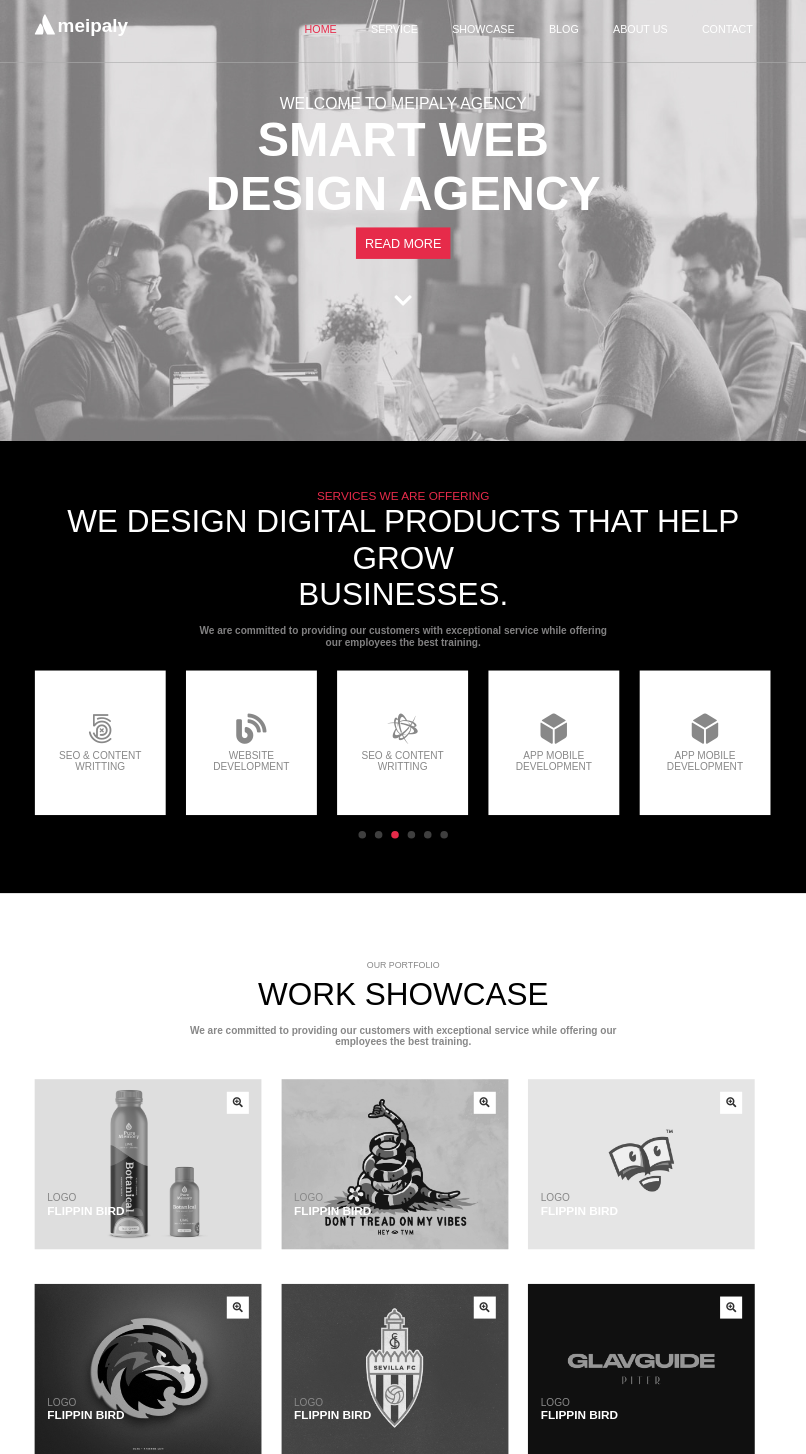
Repository: ToanNguyenThai/Meipaly
Page: index.html
The author's editor kept a copy of each file at every save. The page is drawn from the files as they stood at one save, then again after the next save.
The browser window is 1280 px wide. The pictures show the whole page, at 63% of full size.

Above is the page before, as saved 2021-12-11 01:10:23.

### index.html
<!DOCTYPE html>
<html lang="en">

<head>
    <meta charset="UTF-8">
    <meta http-equiv="X-UA-Compatible" content="IE=edge">
    <meta name="viewport" content="width=device-width, initial-scale=1.0">
    <link rel="stylesheet" href="https://cdnjs.cloudflare.com/ajax/libs/font-awesome/5.15.4/css/all.min.css" />

    <link rel="stylesheet" href="owlcarousel/assets/owl.carousel.min.css">
    <link rel="stylesheet" href="owlcarousel/assets/owl.theme.default.min.css">
    <script src="https://code.jquery.com/jquery-3.6.0.min.js"></script>
    <script src="owlcarousel/owl.carousel.min.js"></script>

    <title>Meipaly</title>
    <link rel="stylesheet" href="/css/style.css">
</head>

<body>
    <header>
        <div class="header__content">
            <div class="header__logo">
                <a href="#">
                    <i class="fab fa-atlassian fa-2x"></i>
                    <span>meipaly</span>
                </a>
            </div>
            <nav>
                <ul>
                    <li class="active">
                        <a href="#">home</a>
                    </li>
                    <li>
                        <a href="#">service</a>
                    </li>
                    <li>
                        <a href="#">showcase</a>
                    </li>
                    <li>
                        <a href="#">blog</a>
                    </li>
                    <li>
                        <a href="#">about us</a>
                    </li>
                    <li>
                        <a href="#">contact</a>
                    </li>
                </ul>
            </nav>
        </div>
    </header>
    <section class="carousel">
        <div class="carousel__content">
            <h3>WELCOME TO MEIPALY AGENCY</h3>
            <h1>SMART WEB</h1>
            <h1>DESIGN AGENCY</h1>
            <div class="btn-area">
                <button>READ MORE</button>
            </div>
            <div class="scroll__arrow">
                <i class="fas fa-chevron-down fa-2x"></i>
            </div>

        </div>

    </section>

    <script>
        $(document).ready(function () {
            $('.owl-carousel').owlCarousel({
                autoplay: true,
                autoplayTimeout: 2000,
                autoplayHoverPause: true,
                loop: true,
                dots: true ,// if you don't want dots, change to false
                dotsEach: true,
                margin: 30,
                responsiveClass: true,
                responsive: {
                    0: {

                        items: 1
                    },
                    1000: {
                        items: 3,
                    },
                    1217: {
                        items: 5
                    }
                }
            })
        });
    </script>

    <section class="service">
        <div class="service__content">
            <h3>SERVICES WE ARE OFFERING</h3>
            <h1>WE DESIGN DIGITAL PRODUCTS THAT HELP GROW <br> BUSINESSES.</h1>
            <p>We are committed to providing our customers with exceptional service while offering <br>
                our employees the best training.</p>
            <div class="service__carousel">
                <div class="owl-carousel owl-theme">
                    <div class="carousel__item">
                        <i class="fa fa-dice-d6 fa-3x"></i>
                        <h3>APP MOBILE <br> DEVELOPMENT</h3>
                    </div>
                    <div class="carousel__item">
                        <i class="fab fa-autoprefixer fa-3x"></i>
                        <h3>DIGITAL<br> MARKETING</h3>
                    </div>
                    <div class="carousel__item">
                        <i class="fab fa-500px fa-3x"></i>
                        <h3>SEO & CONTENT <br> WRITTING</h3>
                    </div>
                    <div class="carousel__item">
                        <i class="fa fa-blog fa-3x"></i>
                        <h3> WEBSITE <br> DEVELOPMENT</h3>
                    </div>
                    <div class="carousel__item">
                        <i class="fab fa-battle-net fa-3x"></i>
                        <h3>SEO & CONTENT <br> WRITTING</h3>
                    </div>
                    <div class="carousel__item">
                        <i class="fa fa-dice-d6 fa-3x"></i>
                        <h3>APP MOBILE <br> DEVELOPMENT</h3>
                    </div>

                </div>

            </div>

        </div>


    </section>

    <section class="portfolio">
        <div class="portfolio__content">
            <h3>our portfolio</h3>
            <h1>work showcase</h1>
            <p>We are committed to providing our customers with exceptional service while offering our <br>
                employees the best training.</p>
            <div class="portfolio__content__img">
                <div class="content__container">
                    <img src="../img/showcase_img_1.webp" alt="">
                    <div class="overlay">
                        <div class="zoom">
                            <a href="">
                                <i class="fas fa-search-plus"></i>
                            </a>
                        </div>
                        <div class="description">
                            <h3>LOGO</h3>
                            <h2>FLIPPIN BIRD</h2>
                        </div>
                    </div>

                </div>
                <div class="content__container">
                    <img src="../img/showcase_img_2.webp" alt="">
                    <div class="overlay">
                        <div class="zoom">
                            <a href="">
                                <i class="fas fa-search-plus"></i>
                            </a>
                        </div>
                        <div class="description">
                            <h3>LOGO</h3>
                            <h2>FLIPPIN BIRD</h2>
                        </div>
                    </div>

                </div>
                <div class="content__container">
                    <img src="../img/showcase_img_3.webp" alt="">
                    <div class="overlay">
                        <div class="zoom">
                            <a href="">
                                <i class="fas fa-search-plus"></i>
                            </a>
                        </div>
                        <div class="description">
                            <h3>LOGO</h3>
                            <h2>FLIPPIN BIRD</h2>
                        </div>
                    </div>

                </div>
                <div class="content__container">
                    <img src="../img/showcase_img_5.webp" alt="">
                    <div class="overlay">
                        <div class="zoom">
                            <a href="">
                                <i class="fas fa-search-plus"></i>
                            </a>
                        </div>
                        <div class="description">
                            <h3>LOGO</h3>
                            <h2>FLIPPIN BIRD</h2>
                        </div>
                    </div>

                </div>
                <div class="content__container">
                    <img src="../img/showcase_img_6.webp" alt="">
                    <div class="overlay">
                        <div class="zoom">
                            <a href="">
                                <i class="fas fa-search-plus"></i>
                            </a>
                        </div>
                        <div class="description">
                            <h3>LOGO</h3>
                            <h2>FLIPPIN BIRD</h2>
                        </div>
                    </div>

                </div>
                <div class="content__container">
                    <img src="../img/showcase_img_7.webp" alt="">
                    <div class="overlay">
                        <div class="zoom">
                            <a href="">
                                <i class="fas fa-search-plus"></i>
                            </a>
                        </div>
                        <div class="description">
                            <h3>LOGO</h3>
                            <h2>FLIPPIN BIRD</h2>
                        </div>
                    </div>

                </div>

            </div>
        </div>
    </section>
</body>

</html>

### css/style.css
*{
    box-sizing: border-box;
    margin: 0;
    padding: 0;
    font-family: "Oswald", sans-serif;
    text-decoration: none;
}
header {
    width: 100%;
    height: 100px;
    position: absolute;
    border-bottom: 1px solid #adadad;
}
header .header__content{
    width: 100%;
    max-width: 1170px;
    margin: 0 auto;
    display: flex;
    justify-content: space-between;
    align-items: center;
}
.header__logo{
    margin-top: 23px;
}
.header__logo a{
    text-decoration: none;
    color: white;
}
.header__logo a span{
    font-size: 30px;
    font-weight: 700;
}
.header__content nav ul li{
    list-style-type: none;
    display: inline-block;
    text-transform: uppercase;
    font-size: 17px;
    margin-top: 35px;
    margin-left: 20px;
    margin-right: 30px;
}
.header__content nav ul li.active a{
    color : #e62b4a;
}
.header__content nav ul li a{
    color: white;
    transition: all 0.5s;
}
.header__content nav ul li a:hover{
    color : #e62b4a;
}

.carousel{
    height: 700px;
    background-image: url("../img/home_slider.jpg");
    background-size: cover;
    background-position: center;
    display: flex;
    justify-content: center;
}
.carousel__content{
    margin-top: 150px;
}
.carousel__content h1, .carousel__content h3{
    text-align: center;
    color: white;
}
.carousel__content h1{
    font-size: 75px;
}

.carousel__content h3{
    font-size: 25px;
}
.carousel__content .btn-area{
    margin-top: 10px;
    display: flex;
    justify-content: center;
}
.carousel__content .btn-area button{
    width: 150px;
    height: 50px;
    font-size: 20px;
    background-color: #e62b4a;
    outline: none;
    border : none;
    color: white;
    cursor: pointer;
    transition: all 0.5s;
}

.carousel__content .btn-area button:hover{
    filter: grayscale(30%);
}
.carousel__content .scroll__arrow{
    display: flex;
    justify-content: center;
    margin-top: 50px;
}
.carousel__content .scroll__arrow i{
    color: white;
}

/* --------------------- */

.service{
    width: 100%;
    height: 100%;
    height: 717.6px;
    background-color: black;
    display: flex;
    justify-content: center;
    align-items: center;
}
.service__content{
    margin: 0 auto;
    width: 100%;
    max-width: 1170px;
}
.service__content h3, .service__content h1, .service__content p{
    text-align: center;

}

.service__content h3{
    color: #e62b4a;
    font-weight: normal;
}
.service__content h1{
    font-size: 50px;
    font-weight: normal;
    color: white;
}
.service__content p{
    color: #818081;
    font-weight: 600;
    margin-top: 20px;
}

.service__carousel{
    margin: 0 auto;
    margin-top: 35px;
    width: 100%;
    max-width: 1170px;
}
.carousel__item{
    width: 208px;
    height: 230px;
    background-color: #fff;
    display: flex;
    flex-direction: column;
    justify-content: center;
    align-items: center;
    color: #888888;
}
.carousel__item h3{
    color: #888888;
    font-size: 16px;
    padding-top: 10px;
}
.owl-theme .owl-dots .owl-dot{
    margin-top: 10px;
}
.owl-theme .owl-dots .owl-dot span {
    width: 12px;
    height: 12px;
    background: #3f3f3f;
}
.owl-theme .owl-dots .owl-dot.active span, .owl-theme .owl-dots .owl-dot:hover span{
    background: #e62b4a;
}

/* --------------------- */


.portfolio{
    width: 100%;
    height: 100%;
    height: 800px;
    background-color: #ffffff;
    display: flex;
    justify-content: center;

}
.portfolio__content{
    margin: 0 auto;
    width: 100%;
    max-width: 1170px;
}
.portfolio__content h1, h3{
    text-transform: uppercase;
}
.portfolio__content h1, h3, p {
    text-align: center;
    font-weight: normal;
}
.portfolio__content h3{

    color: #888888;
    font-size: 14px;
    margin-top: 105px;
}
.portfolio__content h1{
    margin-top: 10px;
    font-size: 50px;
}
.portfolio__content p{
    margin-top: 20px;
    font-weight: 600;
    font-size: 16px;
    color: #888888;
}
.portfolio__content__img{

    display: grid;
    grid-template-columns: repeat(3, 1fr);
    gap: 5px;

}
.content__container{
    width: 360px;
    height: 270px;
    margin-top: 50px;
    filter: grayscale(100%);
    position: relative;
}
.overlay{
    width: 100%;
    height: 100%;
    position: absolute;
    top: 0;
    left: 0;
    background-color: rgba(0, 0, 0, 0.062);
}
.content__container img{
    width: 100%;
    position: absolute;
}
.content__container .zoom{
    position: absolute;
    width: 35px;
    height: 35px;
    top: 20px;
    right: 20px;
    background-color: white;
    text-align: center;
    line-height: 35px;
}

.content__container .description{

    position: absolute;
    top: 180px;
    left: 20px;
    font-size: 20px;
}

.content__container .description h2, .content__container .description h3{
    margin: 0;
    text-align: left;
}
.content__container .description h3{

    color: #888888;
    font-size: 16px;
}
.content__container .description h2{
    font-size: 18.72px;
    color: white;
}

Loaded but not shown: owlcarousel/assets/owl.carousel.min.css (library); owlcarousel/assets/owl.theme.default.min.css (common file); owlcarousel/owl.carousel.min.js (library)

After the next save:
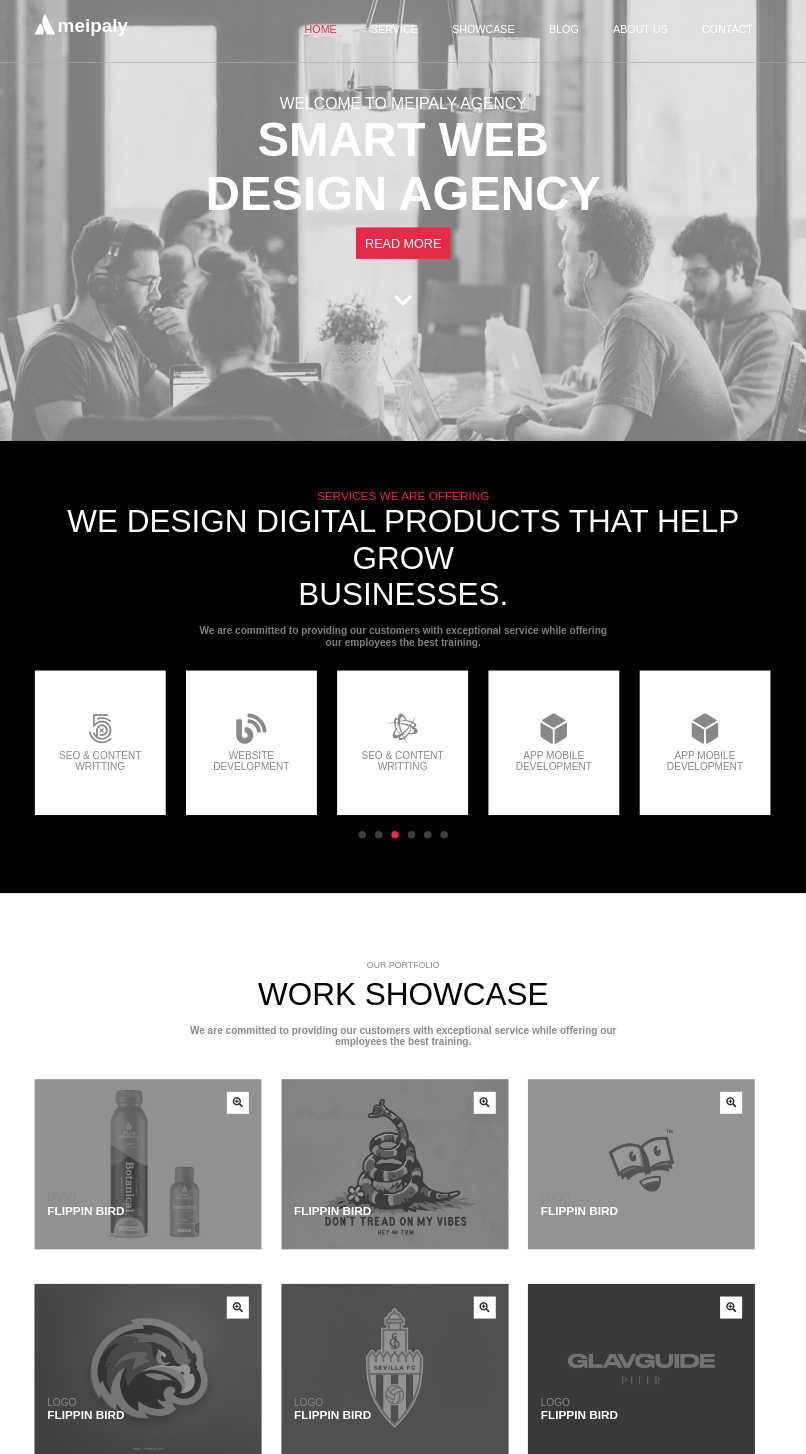
Saved 25 s later.
--- a/css/style.css
+++ b/css/style.css
@@ -230,7 +230,7 @@
     position: absolute;
     top: 0;
     left: 0;
-    background-color: rgba(0, 0, 0, 0.062);
+    background-color: rgba(230, 43, 74, 0.6);
 }
 .content__container img{
     width: 100%;
